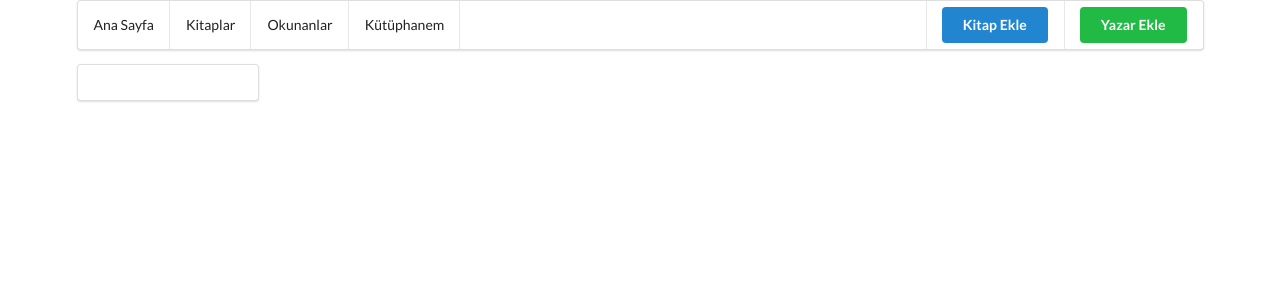
Repository: rizacantire/libraryReactApp
Page: /
These files come from the project's save history. The page is drawn as it stood at one moment and after the next save; the edit follows.
The browser window is 1280 px wide. The pictures show the whole page.
The page's requests for data from a server got no answer. The project was rebuilt for these pictures with package versions that can differ from the ones it lists, and the page was loaded fresh each time. No one was signed in, and anything a server would have sent is missing.

Above is the page before, as saved 2021-08-17 22:44:31.

### src/index.js
import React from 'react';
import ReactDOM from 'react-dom';
import './index.css';
import App from './App';
import reportWebVitals from './reportWebVitals';
import { BrowserRouter } from 'react-router-dom';

ReactDOM.render(

    <BrowserRouter>
    <App /></BrowserRouter>
    ,

  document.getElementById('root')
);

// If you want to start measuring performance in your app, pass a function
// to log results (for example: reportWebVitals(console.log))
// or send to an analytics endpoint. Learn more: https://bit.ly/CRA-vitals
reportWebVitals();

### src/App.js
import './App.css';
import Navi from './layouts/Navi';
import Dashboard from './layouts/Dashboard';
import LeftSide from './layouts/LeftSide'
import 'semantic-ui-css/semantic.min.css'
import { Container, Grid } from 'semantic-ui-react';


function App() {
  return (
    <div className="App">
      <Container>
        <Navi/>
          <Grid>
            <Grid.Row>
              <Grid.Column mobile={16} tablet={6} computer={4}>
                <LeftSide/>
              </Grid.Column>
              <Grid.Column mobile={16} tablet={10} computer={12}>
                <Dashboard/>
              </Grid.Column>
            </Grid.Row>
          </Grid>
      </Container>
    </div>
  );
}

export default App;

### src/layouts/Navi.jsx
import { Button, Menu } from "semantic-ui-react";
import React from "react";

export default function Navi() {
  return (
    <Menu>
      <Menu.Item name="home">Ana Sayfa</Menu.Item>
      <Menu.Item name="kitaplar" />
      <Menu.Item name="okunanlar" />
      <Menu.Item name="kutuphanem">Kütüphanem</Menu.Item>

      <Menu.Menu position="right">
        <Menu.Item>
          <Button primary>Kitap Ekle</Button>
        </Menu.Item>
        <Menu.Item>
          <Button color="green">Yazar Ekle</Button>
        </Menu.Item>
      </Menu.Menu>
    </Menu>
  );
}

### src/layouts/Dashboard.jsx
import React from 'react'
import { Grid, GridColumn } from 'semantic-ui-react'
import BookList from '../pages/BookList'


export default function Dashboard() {
    return (
        <div>
             <Grid>
                 <Grid.Row>
                     <BookList></BookList>
                     <GridColumn width={4}/>
                     <GridColumn width={4}/>
                     <GridColumn width={4}/>
                     <GridColumn width={4}/>
                 </Grid.Row>
             </Grid>
        </div>
    )
}

### src/layouts/LeftSide.jsx
import React from 'react'
import CategoryList from '../pages/CategoryList'

export default function LeftSide() {
    return (
        <div>
            <CategoryList/>
        </div>
    )
}

### src/pages/BookList.jsx
import React, { useEffect, useState } from "react";
import BookService from "../services/bookService";
//import { Link } from "react-router-dom";
import { Card, Grid } from "semantic-ui-react";

export default function BookList() {
  const [books, setBooks] = useState([]);
  useEffect(() => {
    let bookService = new BookService();
    bookService.getBooks().then((resut) => setBooks(resut.data.data));
  }, []);
  return (
    <div>
        <Card.Group>
      {books.map((book) => (
        <Card style={{ marginTop: 10 }}>
          <Card.Content>
            <Card.Header>{book.bookName}</Card.Header>
            <Card.Description>
              Matthew is a musician living in Nashville.
            </Card.Description>
          </Card.Content>
        </Card>
      ))}
      </Card.Group>
    </div>
  );
}

### src/pages/CategoryList.jsx
import React, { useEffect, useState } from "react";
import { Link } from "react-router-dom";
import { Menu } from "semantic-ui-react";
import CategoryService from "../services/categoryService";

export default function CategoryList() {
  const [categories, setCategories] = useState([]);
  useEffect(() => {
    let categoryService = new CategoryService();
    categoryService
      .getCategories()
      .then((resut) => setCategories(resut.data.data));
  }, []);
  return (
    <div>
      <Menu vertical size="small">
        {categories.map((category) => (
          <Menu.Item key={category.categoryId}>
            <Link to={`/bookCategory/${category.categoryId}`}>
              {category.categoryName}
            </Link>
          </Menu.Item>
        ))}
      </Menu>
    </div>
  );
}

### src/services/bookService.js
import axios from "axios";


export default class BookService{
    getBooks(){
        return axios.get("http://localhost:8080/api/books/getall")
    }
}

### src/services/categoryService.js
import axios from "axios";

export default class CategoryService{
    getCategories(){
        return axios.get("http://localhost:8080/api/categories/getall")
    }
}

Loaded but not shown: public/index.html (common file); src/index.css (common file); src/reportWebVitals.js (common file); src/App.css (common file)

After the next save:
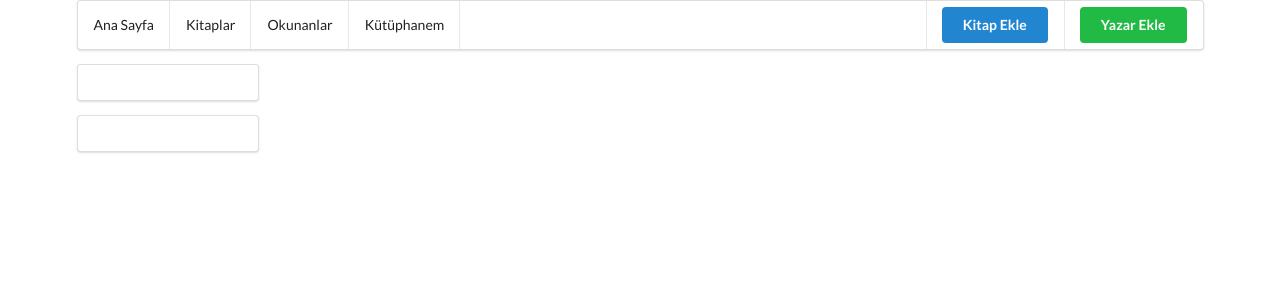
Saved 5 s later.
--- a/src/pages/CategoryList.jsx
+++ b/src/pages/CategoryList.jsx
@@ -22,6 +22,15 @@
           </Menu.Item>
         ))}
       </Menu>
+      <Menu vertical size="small">
+        {categories.map((category) => (
+          <Menu.Item key={category.categoryId}>
+            <Link to={`/bookCategory/${category.categoryId}`}>
+              {category.categoryName}
+            </Link>
+          </Menu.Item>
+        ))}
+      </Menu>
     </div>
   );
 }

After the save that followed:
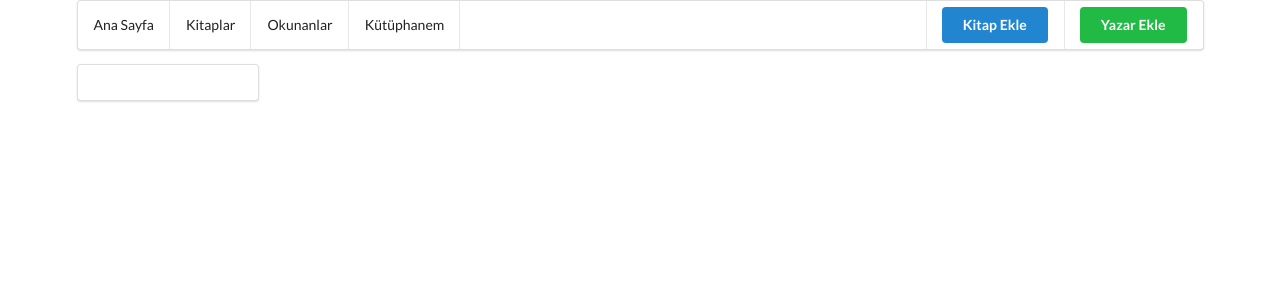
Saved 28 s later.
--- a/src/pages/CategoryList.jsx
+++ b/src/pages/CategoryList.jsx
@@ -1,6 +1,6 @@
 import React, { useEffect, useState } from "react";
 import { Link } from "react-router-dom";
-import { Menu } from "semantic-ui-react";
+import { Button, Menu } from "semantic-ui-react";
 import CategoryService from "../services/categoryService";
 
 export default function CategoryList() {
@@ -22,15 +22,14 @@
           </Menu.Item>
         ))}
       </Menu>
-      <Menu vertical size="small">
-        {categories.map((category) => (
-          <Menu.Item key={category.categoryId}>
+      {categories.map((category) => (
+          <Button key={category.categoryId}>
             <Link to={`/bookCategory/${category.categoryId}`}>
               {category.categoryName}
             </Link>
-          </Menu.Item>
+          </Button>
         ))}
-      </Menu>
+
     </div>
   );
 }
